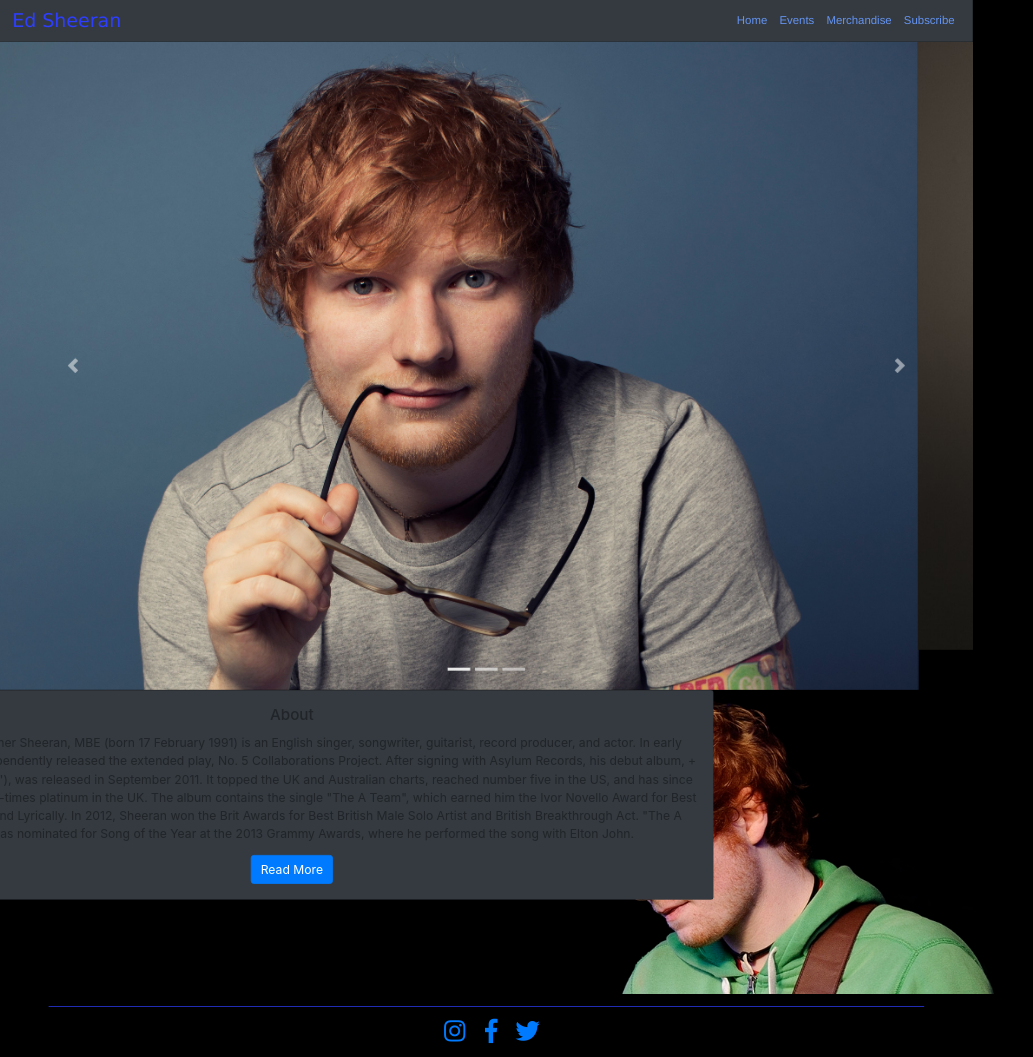
Repository: amit238/milestone-project-1
Page: index.html
The author's editor kept a record of every edit. The page is drawn from the files as they stood at one moment, then again after the next edit.
The browser window is 1280 px wide. The page is 1344 px wide, then 1359 px, so the pictures cover 1359 px, including what lies to the right of the window. The pictures show the whole page, at 76% of full size.
Some web libraries are served in a nearby version.

Above is the page before.

After the next edit:
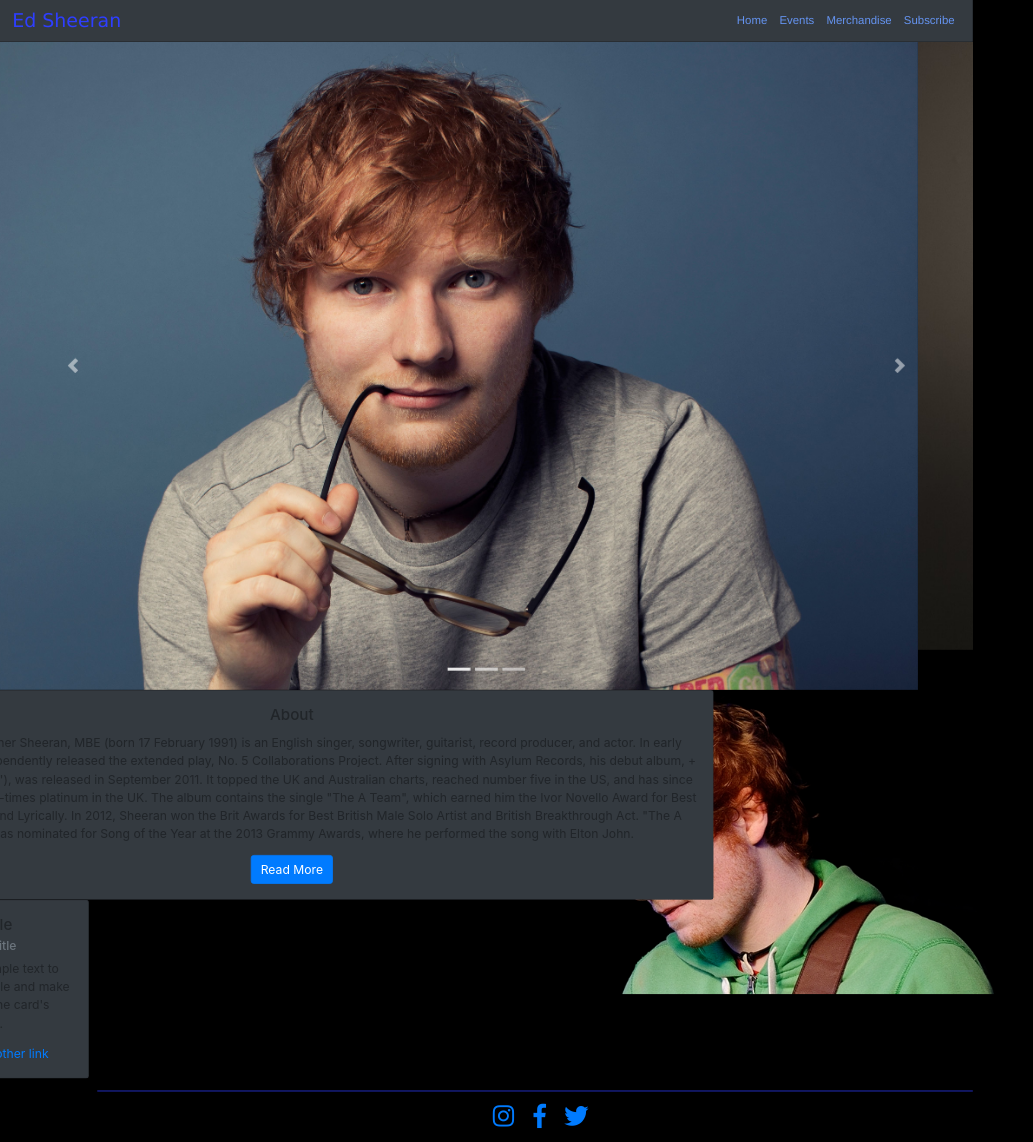
The edit:
--- a/index.html
+++ b/index.html
@@ -68,23 +68,31 @@
           </div>
         </div>
       </div>
-    </div>
-  </div>
-  <footer>
-    <hr>
-    <div class="row">
-      <div class="col-12">
-        <ul class="list-inline social-links">
-          <li class="list-inline-item"><a target="_blank" href="https://www.facebook.com"><i></i></a>
-          </li>
-          <li class="list-inline-item"><a href="https://www.instagram.com/teddysphotos/?hl=en"><i class="fab fa-instagram fa-2x fa-fw"></i></a>
-            <li class="list-inline-item"><a href="https://en-gb.facebook.com/EdSheeranMusic"><i class="fab fa-facebook-f fa-2x fa-fw"></i></a>
-              <li class="list-inline-item"><a href="https://twitter.com/edsheeran?lang=en"><i class="fab fa-twitter fa-2x fa-fw"></i></a>
-              </li>
-        </ul>
+      <div class="card" style="width: 18rem;">
+        <div class="card-body">
+          <h5 class="card-title">Card title</h5>
+          <h6 class="card-subtitle mb-2 text-muted">Card subtitle</h6>
+          <p class="card-text">Some quick example text to build on the card title and make up the bulk of the card's content.</p>
+          <a href="#" class="card-link">Card link</a>
+          <a href="#" class="card-link">Another link</a>
+        </div>
       </div>
     </div>
-  </footer>
+    <footer>
+      <hr>
+      <div class="row">
+        <div class="col-12">
+          <ul class="list-inline social-links">
+            <li class="list-inline-item"><a target="_blank" href="https://www.facebook.com"><i></i></a>
+            </li>
+            <li class="list-inline-item"><a href="https://www.instagram.com/teddysphotos/?hl=en"><i class="fab fa-instagram fa-2x fa-fw"></i></a>
+              <li class="list-inline-item"><a href="https://en-gb.facebook.com/EdSheeranMusic"><i class="fab fa-facebook-f fa-2x fa-fw"></i></a>
+                <li class="list-inline-item"><a href="https://twitter.com/edsheeran?lang=en"><i class="fab fa-twitter fa-2x fa-fw"></i></a>
+                </li>
+          </ul>
+        </div>
+      </div>
+    </footer>
   </div>
   <script src="https://code.jquery.com/jquery-3.3.1.slim.min.js" integrity="sha384-q8i/X+965DzO0rT7abK41JStQIAqVgRVzpbzo5smXKp4YfRvH+8abtTE1Pi6jizo" crossorigin="anonymous"></script>
   <script src="https://cdnjs.cloudflare.com/ajax/libs/popper.js/1.14.6/umd/popper.min.js" integrity="sha384-wHAiFfRlMFy6i5SRaxvfOCifBUQy1xHdJ/yoi7FRNXMRBu5WHdZYu1hA6ZOblgut" crossorigin="anonymous"></script>
